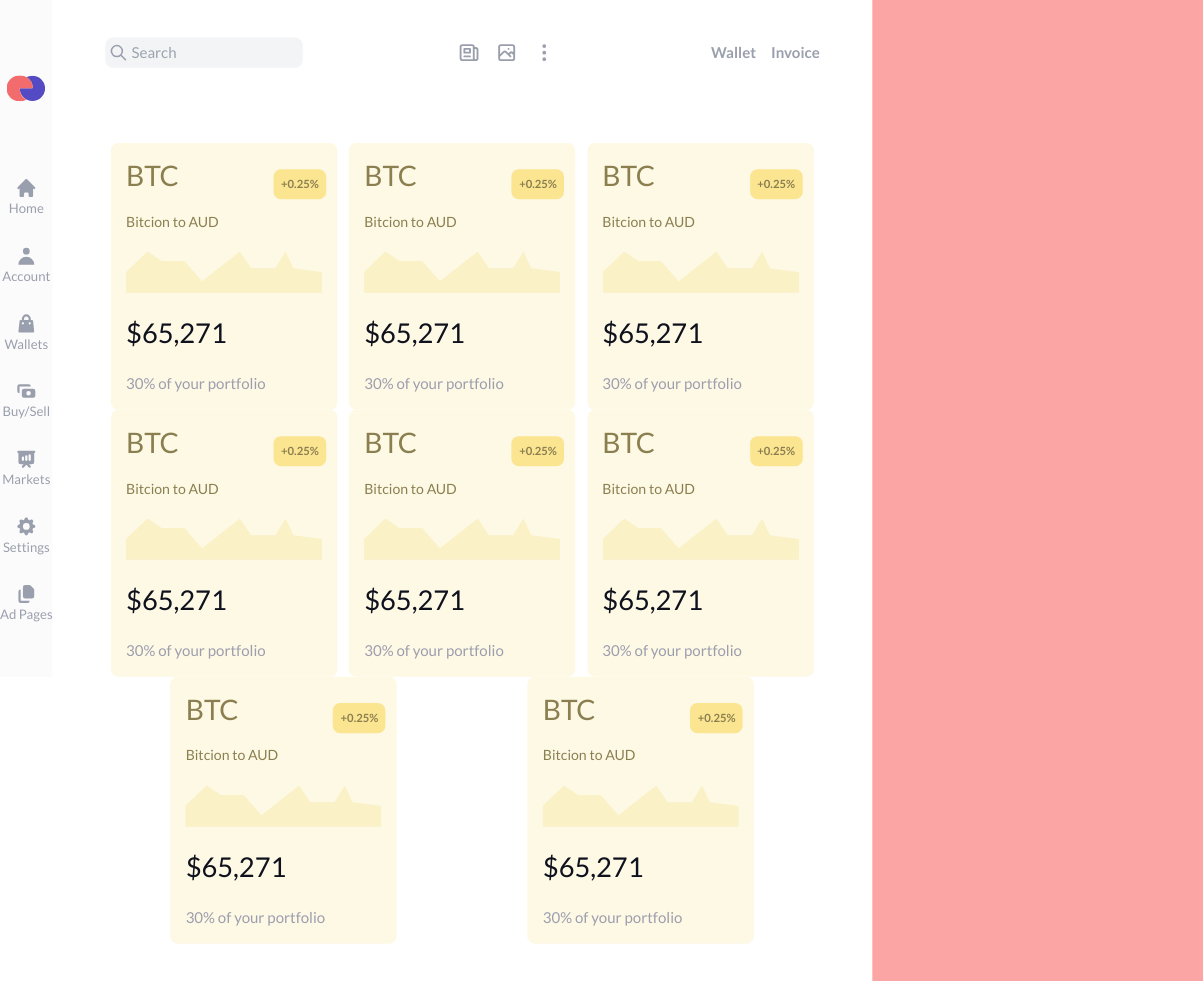
Repository: almaqdad55/crypto-app-nextjs
Page: /
An editor plug-in stored every save of this project. The page is shown before and after the next save, followed by the edit.
The browser window is 1280 px wide. The pictures show the whole page, at 94% of full size.
The project was rebuilt for these pictures with package versions that can differ from the ones it lists, and the page was loaded fresh each time. The framework's server and built-in components were replaced by stand-ins that run in the browser.

Above is the page before, as saved 2022-01-04 21:02:27.

After the next save:
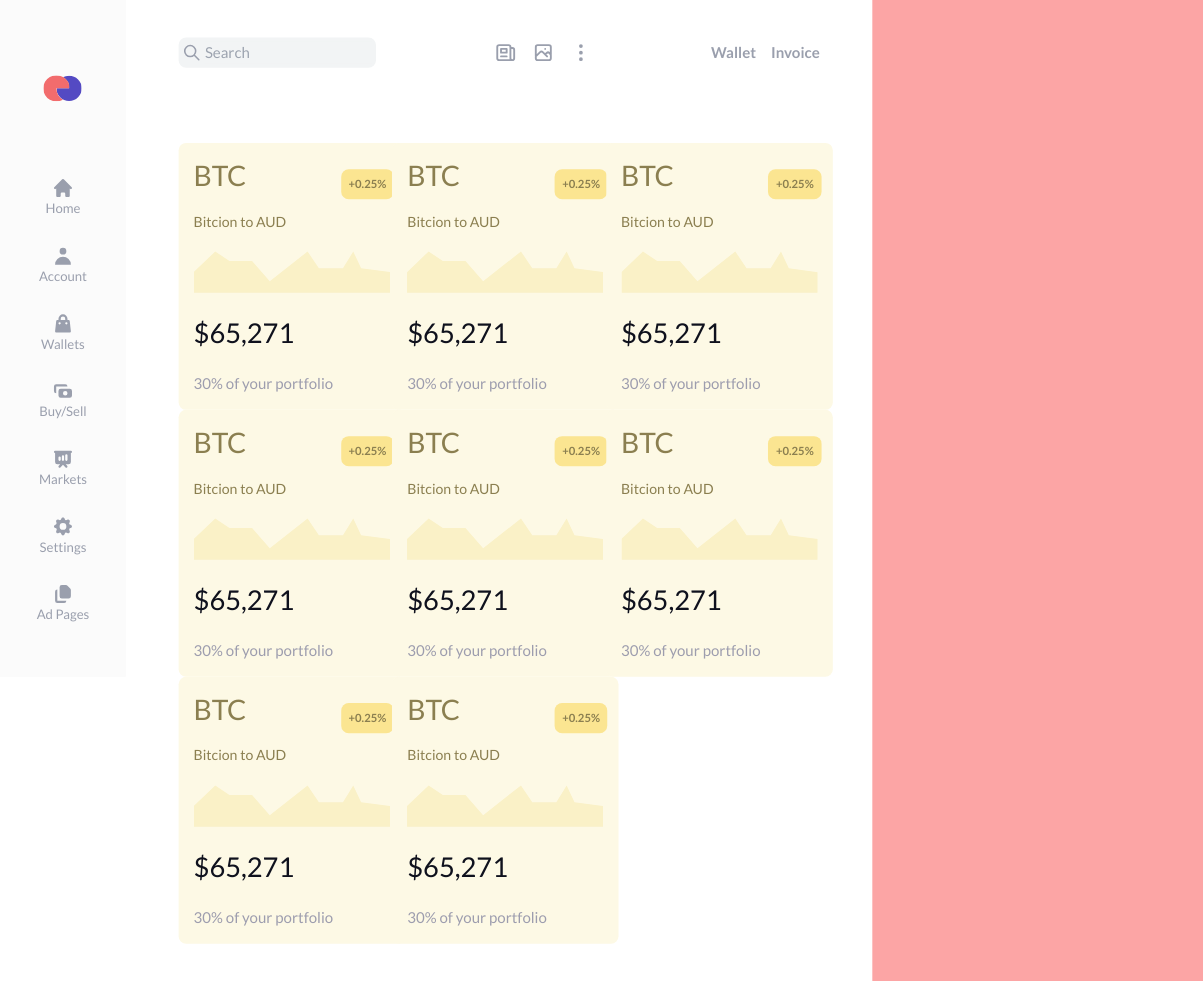
Saved 119 s later.
--- a/components/Feed.jsx
+++ b/components/Feed.jsx
@@ -33,7 +33,7 @@ const Feed = () => {
       </div>
 
       {/* Cards Display */}
-      <div className="flex justify-around flex-wrap">
+      <div className="grid grid-cols-3 grid-rows-3">
         <Card />
         <Card />
         <Card />
